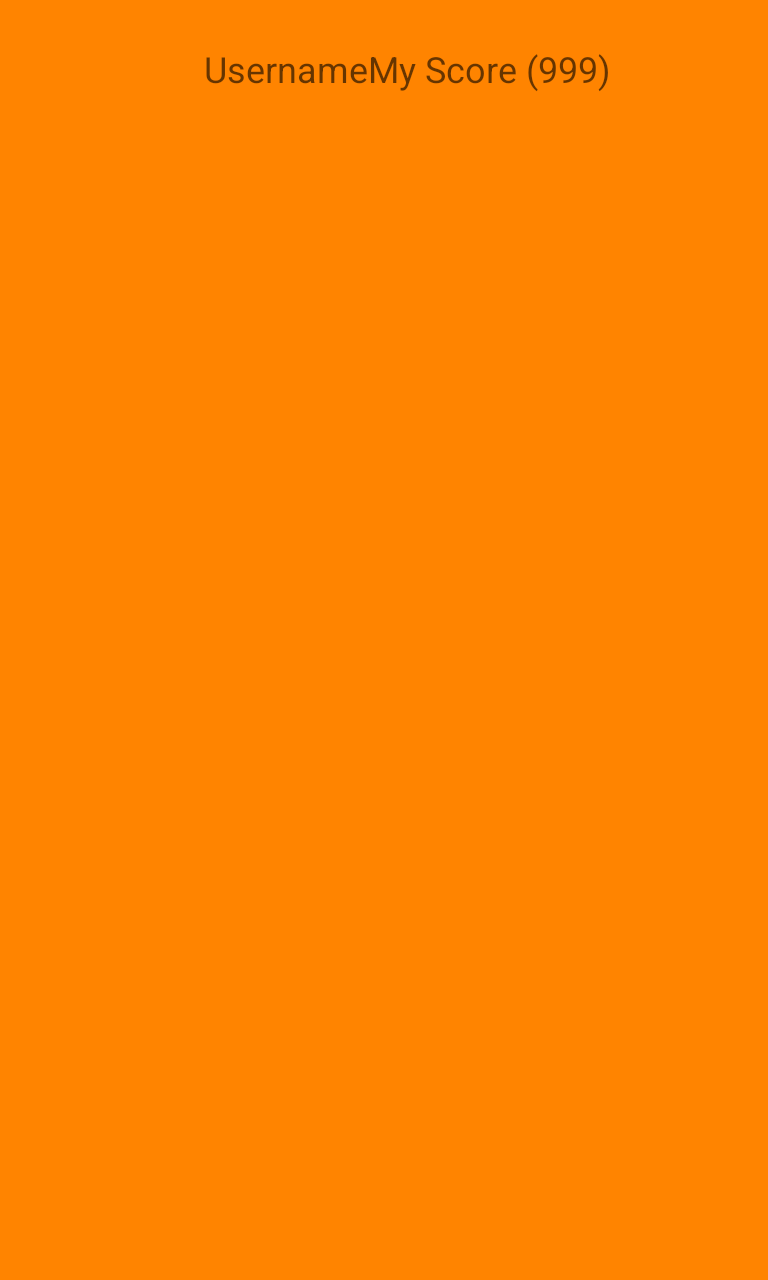
Repository: quantumlicht/android-capstone
Layout: capstone_client/res/layout/fragment_completed_quiz.xml
These files come from the project's save history. The layout is drawn as it stood at one moment and after the next save; the edit follows.
It is drawn on a 768 x 1280 px phone screen (xhdpi) without system bars, with theme AppTheme; the app's code is not run. The app's manifest (not shown) leaves right-to-left support off. So textAlignment, textDirection and layoutDirection are ignored, and left and right values win over start and end ones.

Above is the layout before, as saved 2014-11-06 00:42:03.

### capstone_client/res/layout/fragment_completed_quiz.xml
<?xml version="1.0" encoding="utf-8"?>
<RelativeLayout xmlns:android="http://schemas.android.com/apk/res/android"
    android:layout_width="match_parent"
    android:layout_height="match_parent"
    android:background="#ff8400"
    android:orientation="vertical" >

    <LinearLayout
        android:id="@+id/linearLayout1"
        android:layout_width="wrap_content"
        android:layout_height="wrap_content"
        android:layout_alignParentTop="true"
        android:layout_centerHorizontal="true"
        android:layout_marginTop="22dp" >


         <TextView
        android:id="@+id/textView1"
        android:layout_width="wrap_content"
        android:layout_height="wrap_content"
        android:layout_alignParentLeft="true"
        android:layout_alignTop="@+id/linearLayout1"
        android:layout_marginLeft="24dp"
        android:text="Username"
        android:textAppearance="?android:attr/textAppearanceMedium" />

    <TextView
        android:id="@+id/textView2"
        android:layout_width="wrap_content"
        android:layout_height="wrap_content"
        android:layout_alignParentRight="true"
        android:layout_alignTop="@+id/linearLayout1"
        android:text="My Score (999)"
        android:textAppearance="?android:attr/textAppearanceMedium" />
    </LinearLayout>



</RelativeLayout>

### capstone_client/res/values/styles.xml
<resources>

    <!--
        Base application theme, dependent on API level. This theme is replaced
        by AppBaseTheme from res/values-vXX/styles.xml on newer devices.
    -->
    <style name="AppBaseTheme" parent="Theme.AppCompat.Light">
        <!--
            Theme customizations available in newer API levels can go in
            res/values-vXX/styles.xml, while customizations related to
            backward-compatibility can go here.
        -->
    </style>

    <!-- Application theme. -->
    <style name="AppTheme" parent="AppBaseTheme">
        <!-- All customizations that are NOT specific to a particular API-level can go here. -->
    </style>

    <declare-styleable name="FragmentArguments">
    	<attr name="android:label" />
	</declare-styleable>

</resources>

Loaded but not shown: capstone_client/res/values-v11/styles.xml (common file); capstone_client/res/values-v14/styles.xml (common file)

After the next save:
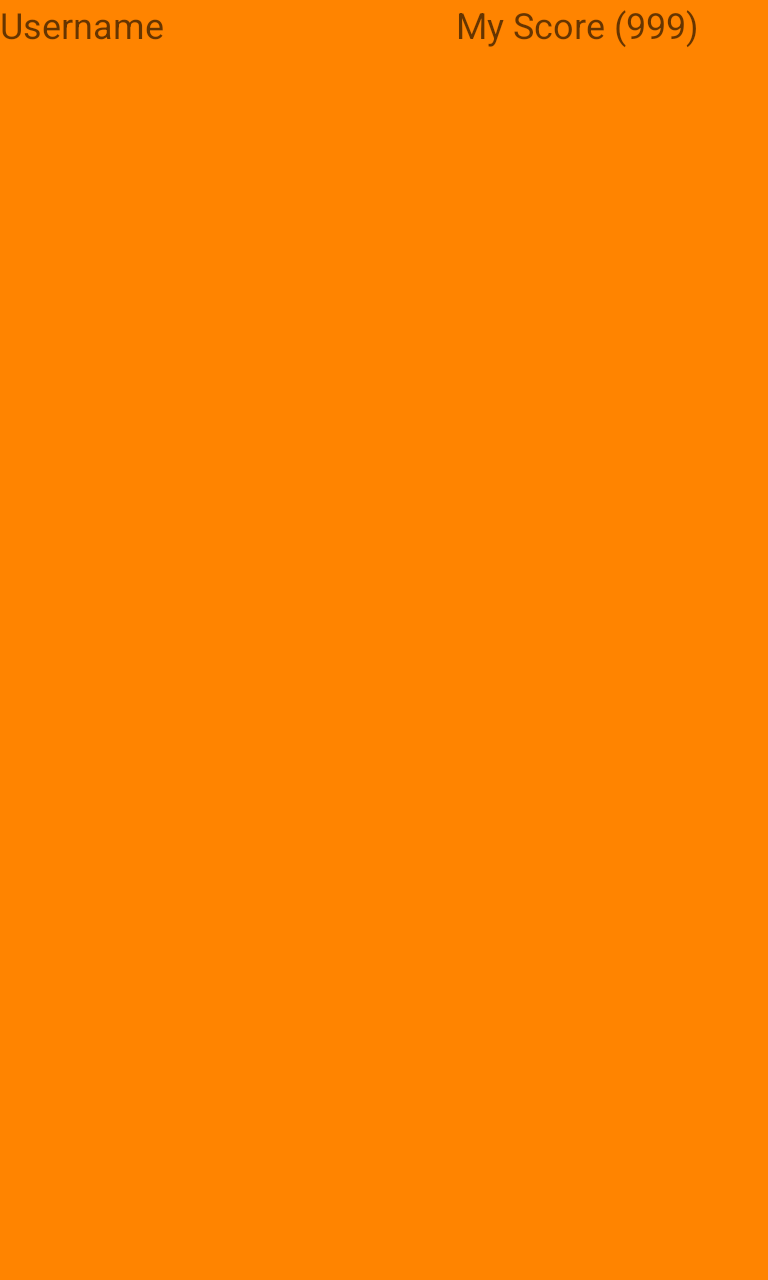
Saved 5 min 34 s later.
--- a/capstone_client/res/layout/fragment_completed_quiz.xml
+++ b/capstone_client/res/layout/fragment_completed_quiz.xml
@@ -3,37 +3,27 @@
     android:layout_width="match_parent"
     android:layout_height="match_parent"
     android:background="#ff8400"
+    android:gravity="fill_horizontal"
     android:orientation="vertical" >
 
-    <LinearLayout
-        android:id="@+id/linearLayout1"
-        android:layout_width="wrap_content"
-        android:layout_height="wrap_content"
-        android:layout_alignParentTop="true"
-        android:layout_centerHorizontal="true"
-        android:layout_marginTop="22dp" >
-
-
-         <TextView
+    <TextView
         android:id="@+id/textView1"
         android:layout_width="wrap_content"
         android:layout_height="wrap_content"
         android:layout_alignParentLeft="true"
-        android:layout_alignTop="@+id/linearLayout1"
-        android:layout_marginLeft="24dp"
+        android:layout_alignParentTop="true"
         android:text="Username"
         android:textAppearance="?android:attr/textAppearanceMedium" />
 
     <TextView
         android:id="@+id/textView2"
-        android:layout_width="wrap_content"
+        android:layout_width="156dp"
         android:layout_height="wrap_content"
         android:layout_alignParentRight="true"
-        android:layout_alignTop="@+id/linearLayout1"
+        android:layout_alignParentTop="true"
+        android:gravity="fill_horizontal|right"
         android:text="My Score (999)"
+        android:textAlignment="gravity"
         android:textAppearance="?android:attr/textAppearanceMedium" />
-    </LinearLayout>
-
-
 
 </RelativeLayout>
